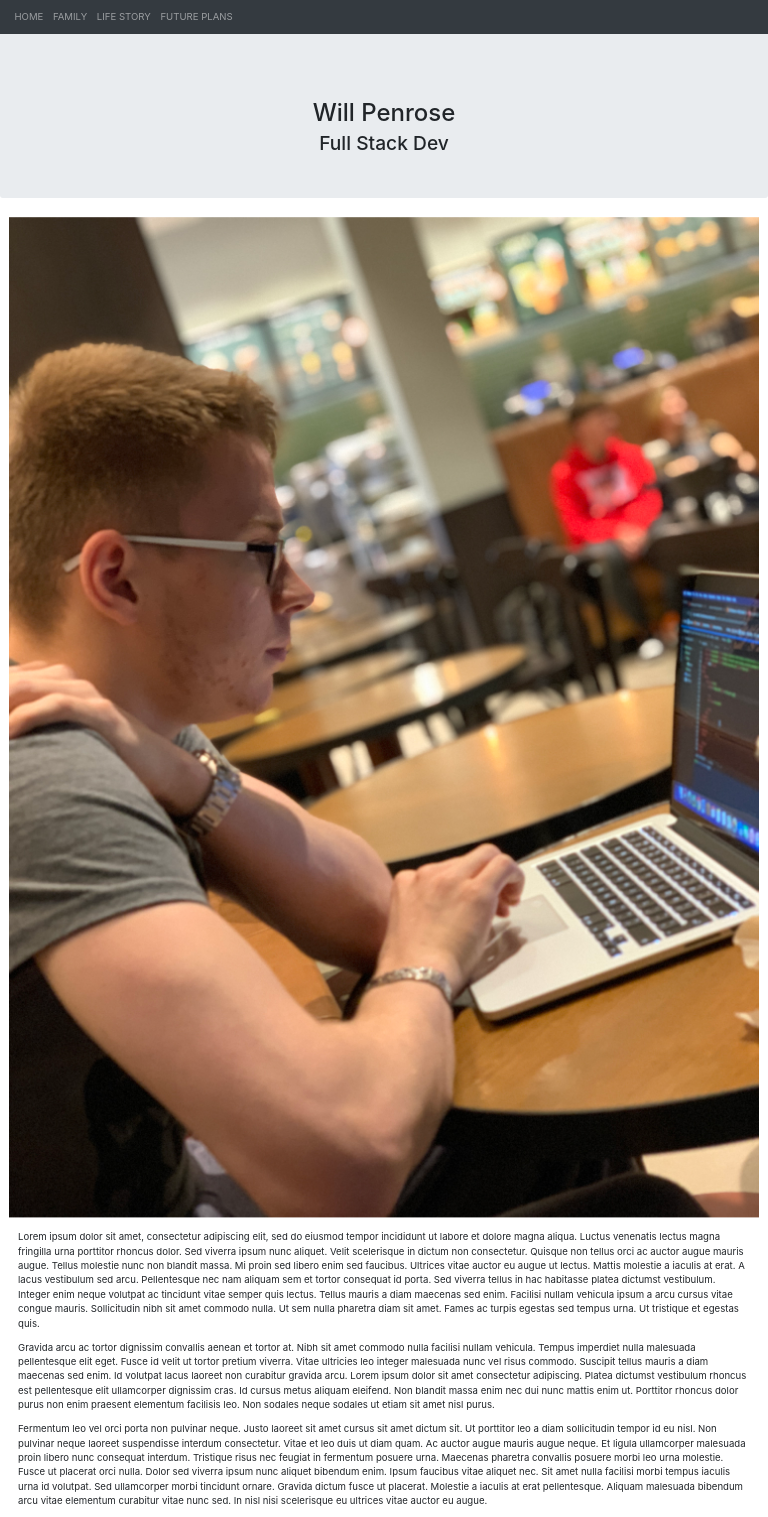
Repository: Code-Institute-Submissions/user-centric-frontend-dev-milestone-project
Page: index.html
The author's editor kept a record of every edit. The page is drawn from the files as they stood at one moment, then again after the next edit.
The browser window is 1280 px wide. The pictures show the whole page, at 60% of full size.

Above is the page before.

### index.html
<!DOCTYPE html>
<html lang="en">

<head>
    <meta charset="UTF-8">
    <meta name="viewport" content="width=device-width, initial-scale=1.0">
    <meta http-equiv="X-UA-Compatible" content="ie=edge">
    <link rel="stylesheet" href="assets/css/style.css" type="text/css" />
    <link rel="stylesheet" href="https://stackpath.bootstrapcdn.com/font-awesome/4.7.0/css/font-awesome.min.css" type="text/css" />
    <link rel="stylesheet" href="https://stackpath.bootstrapcdn.com/bootstrap/4.3.1/css/bootstrap.min.css" type="text/css" />
    <title>Will Penrose Autobiography</title>
</head>

<body>
    <header>
        <!--------------------------------------NAVBAR----------------------------->

        <nav class="navbar navbar-expand-sm bg-dark navbar-dark fixed-top text-uppercase">
            <button class="navbar-toggler" data-toggle="collapse" data-target="#collapse_target">
                <span class="navbar-toggler-icon"></span>
            </button>
            <div class="collapse navbar-collapse" id="collapse_target">
                <ul class="navbar-nav">
                    <li class="nav-item">
                        <a class="nav-link" href="#">Home</a>
                    </li>
                    <li class="nav-item">
                        <a class="nav-link" href="#">Family</a>
                    </li>
                    <li class="nav-item">
                        <a class="nav-link" href="#">Life Story</a>
                    </li>
                    <li class="nav-item">
                        <a class="nav-link" href="#">Future Plans</a>
                    </li>
                </ul>
            </div>
        </nav>
        <!--------------------------------------JUMBOTRON----------------------------->
        <div class="container-fluid">
            <div class="row jumbotron">
                <div class="col-12 heading">
                    <h1 class="name">Will Penrose</h1>
                    <h2 class="title">Full Stack Dev</h2>
                </div>
            </div>
        </div>
    </header>

    <!--------------------------------------MAIN IMAGE AND PARAGRAPHS----------------------------->

    <section>
        <div class="container-fluid">
            <div class="row">
                <div class="col-sm-12 col-md-12">
                    <img src="assets/images/will.jpg" class="image"></img>
                </div>
            </div>
            <div class="col-sm-12 col-md-12 home-paragraphs">
                <p>
                    Lorem ipsum dolor sit amet, consectetur adipiscing elit, sed do eiusmod tempor incididunt ut labore et dolore magna aliqua. Luctus venenatis lectus magna fringilla urna porttitor rhoncus dolor. Sed viverra ipsum nunc aliquet. Velit scelerisque in dictum
                    non consectetur. Quisque non tellus orci ac auctor augue mauris augue. Tellus molestie nunc non blandit massa. Mi proin sed libero enim sed faucibus. Ultrices vitae auctor eu augue ut lectus. Mattis molestie a iaculis at erat. A lacus
                    vestibulum sed arcu. Pellentesque nec nam aliquam sem et tortor consequat id porta. Sed viverra tellus in hac habitasse platea dictumst vestibulum. Integer enim neque volutpat ac tincidunt vitae semper quis lectus. Tellus mauris a
                    diam maecenas sed enim. Facilisi nullam vehicula ipsum a arcu cursus vitae congue mauris. Sollicitudin nibh sit amet commodo nulla. Ut sem nulla pharetra diam sit amet. Fames ac turpis egestas sed tempus urna. Ut tristique et egestas
                    quis.
                </p>
                <p>
                    Gravida arcu ac tortor dignissim convallis aenean et tortor at. Nibh sit amet commodo nulla facilisi nullam vehicula. Tempus imperdiet nulla malesuada pellentesque elit eget. Fusce id velit ut tortor pretium viverra. Vitae ultricies leo integer malesuada
                    nunc vel risus commodo. Suscipit tellus mauris a diam maecenas sed enim. Id volutpat lacus laoreet non curabitur gravida arcu. Lorem ipsum dolor sit amet consectetur adipiscing. Platea dictumst vestibulum rhoncus est pellentesque elit
                    ullamcorper dignissim cras. Id cursus metus aliquam eleifend. Non blandit massa enim nec dui nunc mattis enim ut. Porttitor rhoncus dolor purus non enim praesent elementum facilisis leo. Non sodales neque sodales ut etiam sit amet
                    nisl purus.
                </p>
                <p>
                    Fermentum leo vel orci porta non pulvinar neque. Justo laoreet sit amet cursus sit amet dictum sit. Ut porttitor leo a diam sollicitudin tempor id eu nisl. Non pulvinar neque laoreet suspendisse interdum consectetur. Vitae et leo duis ut diam quam. Ac
                    auctor augue mauris augue neque. Et ligula ullamcorper malesuada proin libero nunc consequat interdum. Tristique risus nec feugiat in fermentum posuere urna. Maecenas pharetra convallis posuere morbi leo urna molestie. Fusce ut placerat
                    orci nulla. Dolor sed viverra ipsum nunc aliquet bibendum enim. Ipsum faucibus vitae aliquet nec. Sit amet nulla facilisi morbi tempus iaculis urna id volutpat. Sed ullamcorper morbi tincidunt ornare. Gravida dictum fusce ut placerat.
                    Molestie a iaculis at erat pellentesque. Aliquam malesuada bibendum arcu vitae elementum curabitur vitae nunc sed. In nisl nisi scelerisque eu ultrices vitae auctor eu augue.
                </p>
            </div>
        </div>
    </section>

    <footer>

    </footer>
</body>

</html>

### assets/css/style.css

/*---------------------------Heading*/
.heading {
    text-align: center;
    margin: 0;
    padding-top: 100px;
}

img {
    width: 100%;
    height: 100%;
}

/*----------------------Text*/

.home-paragraphs {
    position: absolute;
    padding-top: 20px
}

@media (max-width: 768px) {
    .home-paragraphs {
        padding-top: 20px;
    }
}

After the next edit:
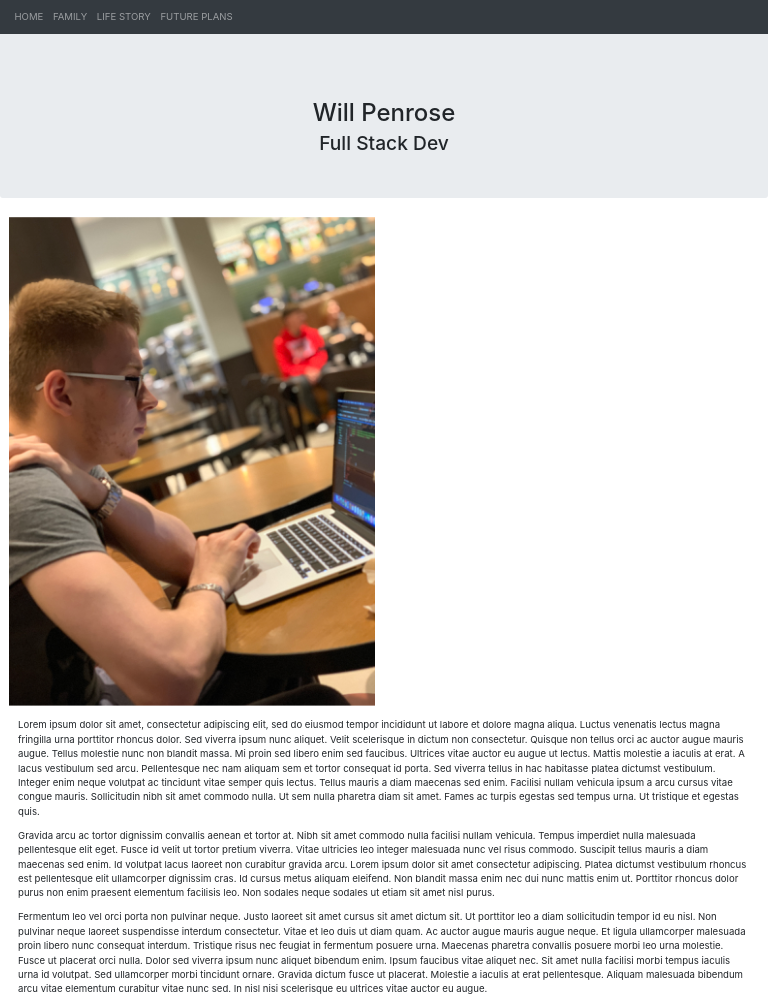
The edit:
--- a/index.html
+++ b/index.html
@@ -52,7 +52,7 @@
     <section>
         <div class="container-fluid">
             <div class="row">
-                <div class="col-sm-12 col-md-12">
+                <div class="col-sm-12 col-md-12 col-lg-6">
                     <img src="assets/images/will.jpg" class="image"></img>
                 </div>
             </div>
